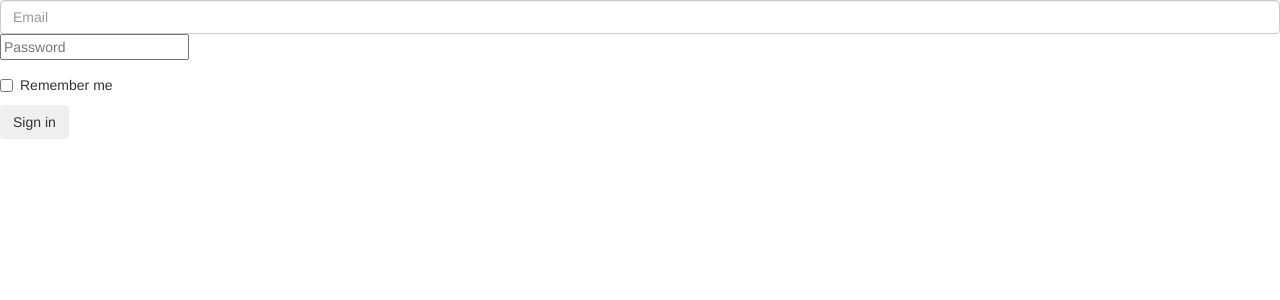
Repository: vaibhavkri/Trendnxt-Projects
Page: bootstrap/Bootstrap– L3 Assignment/Topic 6 HTML Forms/Assignment2.html
These files come from the project's save history. The page is drawn as it stood at one moment and after the next save; the edit follows.
The browser window is 1280 px wide. The pictures show the whole page.

Above is the page before, as saved 2018-10-23 18:42:40.

### bootstrap/Bootstrap– L3 Assignment/Topic 6 HTML Forms/Assignment2.html
<!DOCTYPE html>
<html lang="en">

<head>
    <title>Bootstrap Example</title>
    <meta charset="utf-8">
    <meta name="viewport" content="width=device-width, initial-scale=1, shring-to-fit=no">
    <link rel="stylesheet" href="https://maxcdn.bootstrapcdn.com/bootstrap/3.3.7/css/bootstrap.min.css">
    <script src="https://ajax.googleapis.com/ajax/libs/jquery/3.3.1/jquery.min.js"></script>
    <script src="https://maxcdn.bootstrapcdn.com/bootstrap/3.3.7/js/bootstrap.min.js"></script>


</head>


<body>

    <!----The Answer is Output 2-->

    <form class="form
        -
        inline">
        <div class="form
        -
        group">
            <label class="sr-only" for="emailInput">Email address</label>
            <input type="email" class="form-control" id=" emailInput " placeholder="Email"></div>
        <div class="form-group">
            <label class="sr-only" for="passwordInput">Password</label>
            <input type="password" class="form- control" id="passwordInput" placeholder="Password">
        </div>
        <div class="checkbox"><label>
        <input
        type=
        "checkbox"
        >
        Remember me
        </label>
        </div>
        <button type="submit" class="btn btn
        -
        default">
        Sign
        in
        </button>
    </form>

</body>

</html>

After the next save:
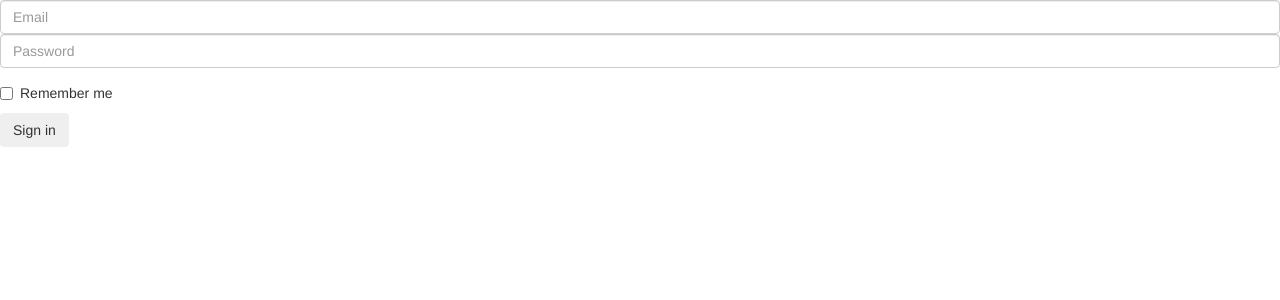
Saved 4 s later.
--- a/bootstrap/Bootstrap– L3 Assignment/Topic 6 HTML Forms/Assignment2.html
+++ b/bootstrap/Bootstrap– L3 Assignment/Topic 6 HTML Forms/Assignment2.html
@@ -27,7 +27,7 @@
             <input type="email" class="form-control" id=" emailInput " placeholder="Email"></div>
         <div class="form-group">
             <label class="sr-only" for="passwordInput">Password</label>
-            <input type="password" class="form- control" id="passwordInput" placeholder="Password">
+            <input type="password" class="form-control" id="passwordInput" placeholder="Password">
         </div>
         <div class="checkbox"><label>
         <input
